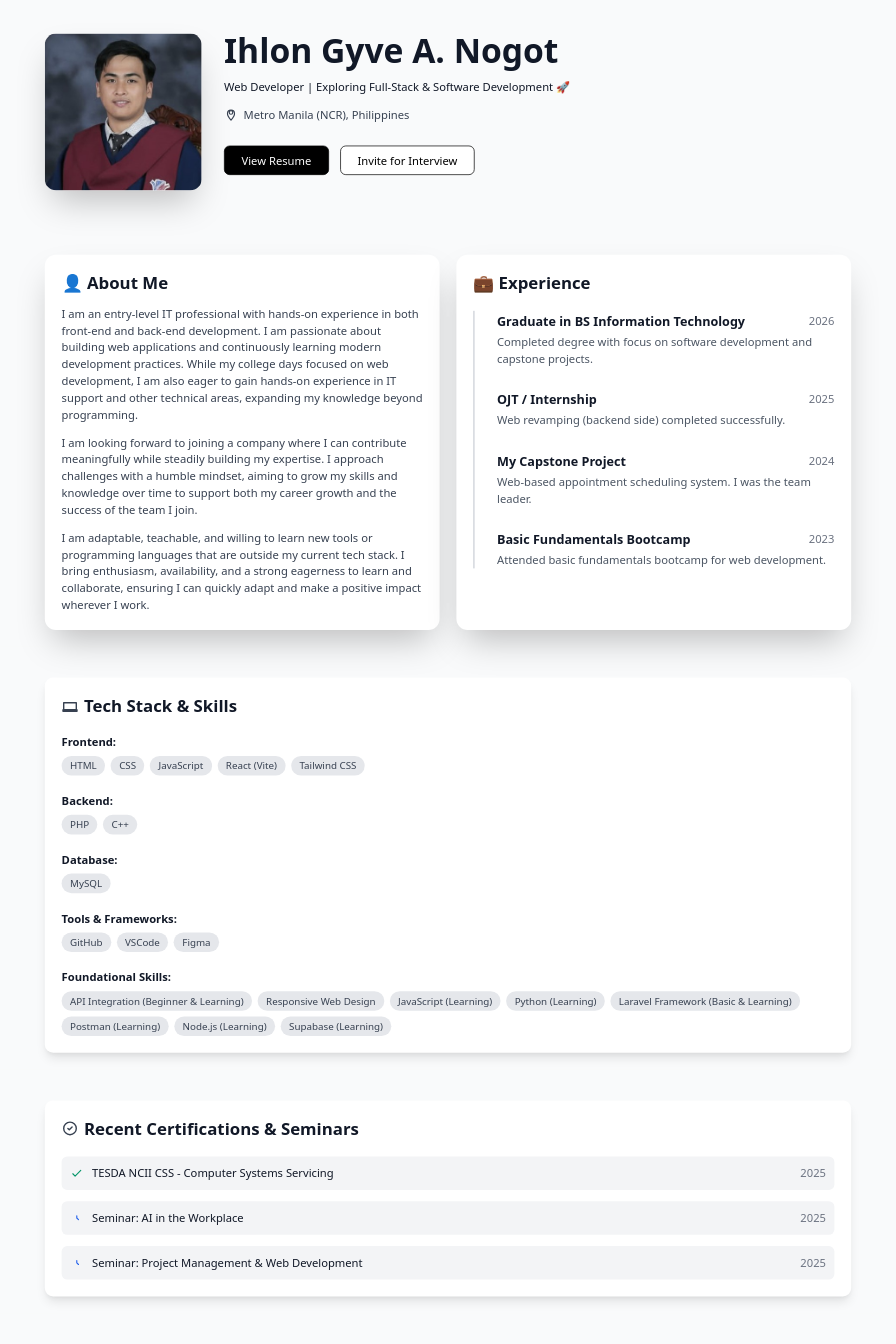
Repository: MeekSharkdev/cv-portfolio
Page: index.html
An editor plug-in stored every save of this project. The page is shown before and after the next save, followed by the edit.
The browser window is 1280 px wide. The pictures show the part of the page from y = 0 to 1920 px (the page is 2616 px tall), at 70% of full size.
A picture or video elsewhere on the page could not be fetched, so the positions and the page height are approximate.

Above is the page before, as saved 2026-01-31 20:28:10.
Not found: styles.css

After the next save:
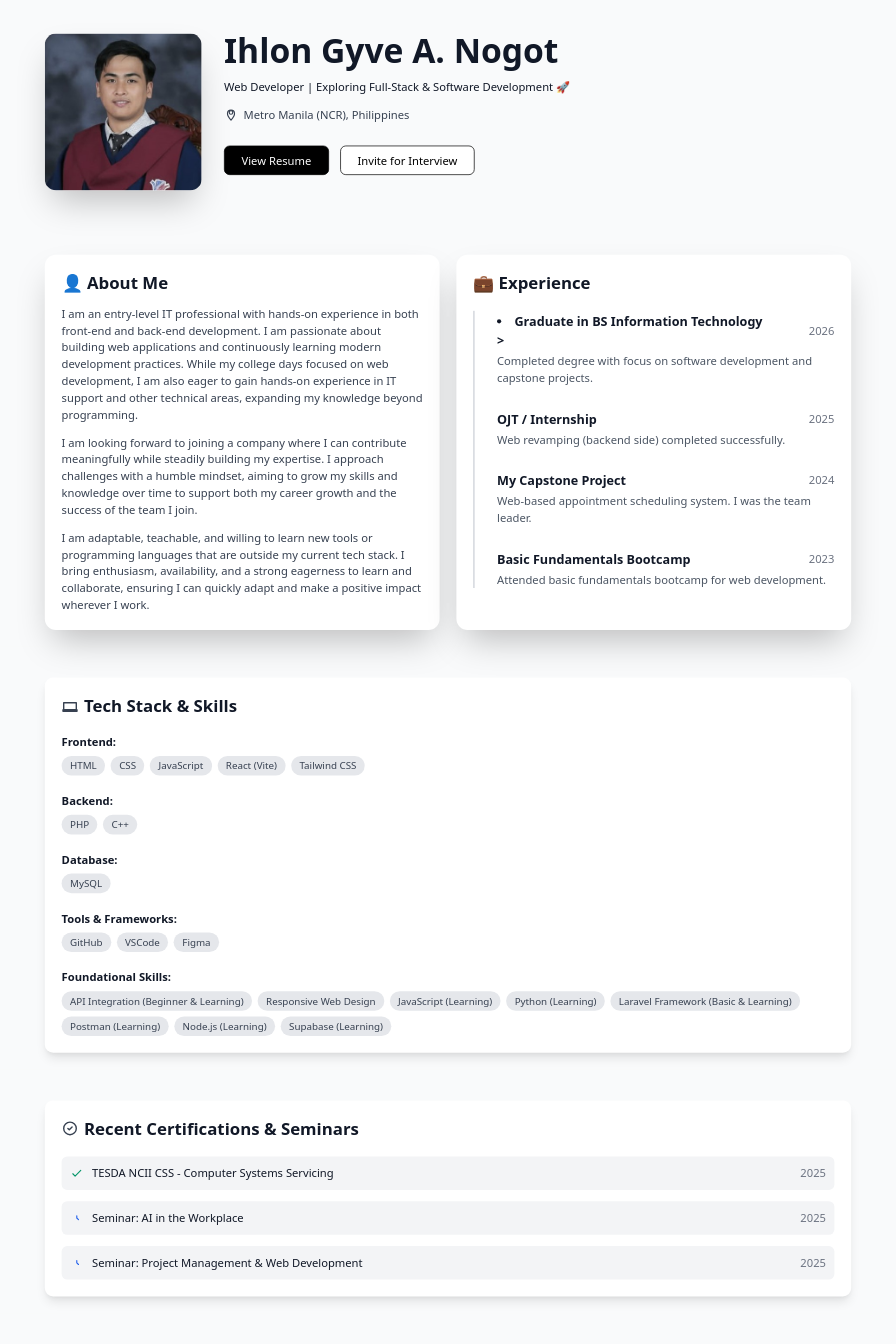
Saved 11 s later.
--- a/index.html
+++ b/index.html
@@ -111,7 +111,7 @@
                 <!-- Graduate (Latest, Top) -->
                 <div class="relative">
                     <div class="flex justify-between items-center">
-                        <h3 class="text-lg font-bold">Graduate in BS Information Technology</h3>
+                        <h3 class="text-lg font-bold"><li>Graduate in BS Information Technology</li>></h3>
                         <span class="text-gray-500">2026</span>
                     </div>
                     <p class="text-gray-600 mt-1">Completed degree with focus on software development and capstone
